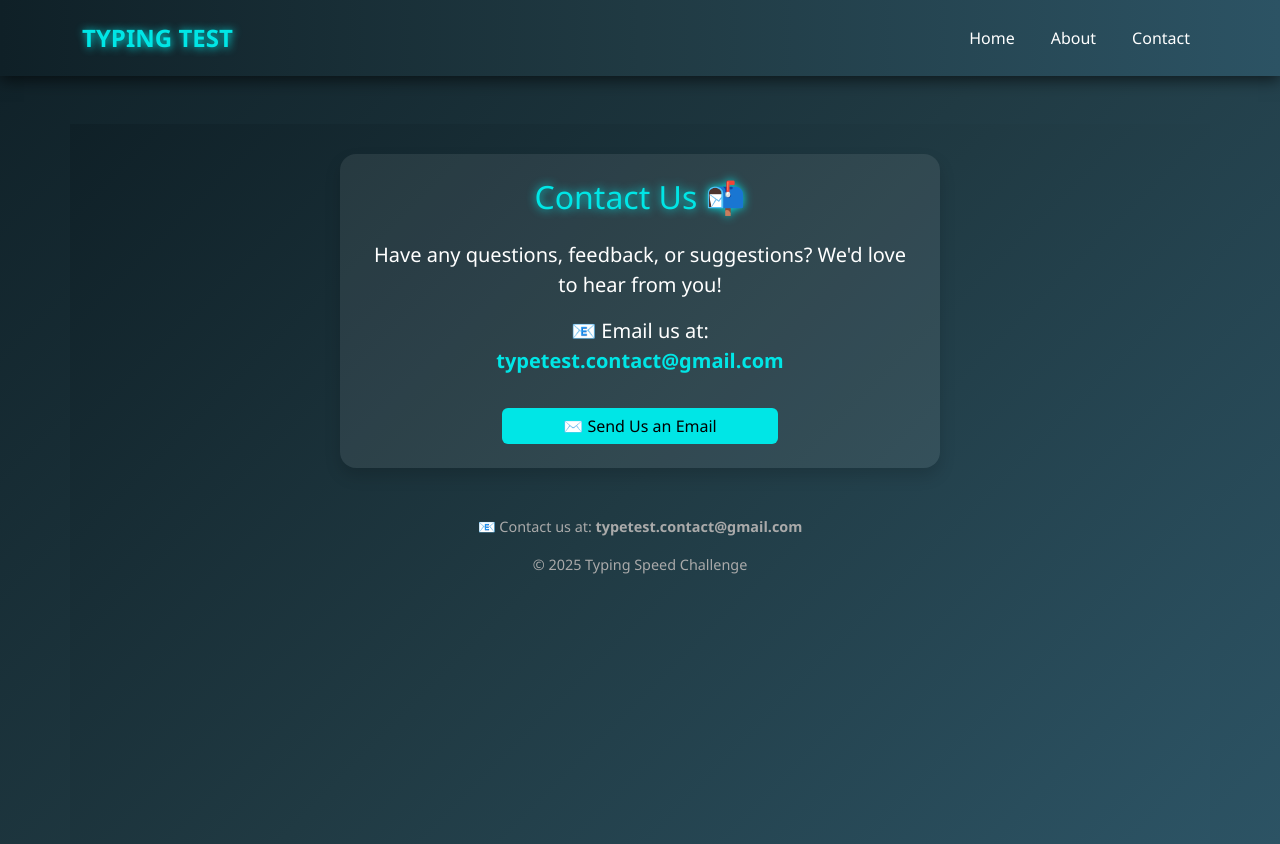
Repository: SHAHZADcodr/typing-test-react
Page: /contact
The author's editor kept a copy of each file at every save. The page is drawn from the files as they stood at one save, then again after the next save.
The browser window is 1280 px wide. The pictures show the whole page.
The project was rebuilt for these pictures with package versions that can differ from the ones it lists, and the page was loaded fresh each time. Also part of the build but not shown: src/customCss/Home.css, src/pages/Home.jsx, src/customCss/About.css, src/pages/About.jsx, src/customCss/Game.css, src/pages/Game.jsx, src/customCss/GameOver.css, src/pages/GameOver.jsx. Imported but missing from the stored project, and not drawn on this page: src/assets/background.mp3, src/assets/pop.mp3.

Above is the page before, as saved 2025-04-09 15:50:39.

### src/index.js
import React from 'react';
import "bootstrap/dist/css/bootstrap.min.css";
import ReactDOM from 'react-dom/client';
import './index.css';
import App from './App';
import { BrowserRouter } from 'react-router-dom';
import reportWebVitals from './reportWebVitals';

const root = ReactDOM.createRoot(document.getElementById('root'));
root.render(
  <React.StrictMode>
    <BrowserRouter>
      <App />
    </BrowserRouter>
  </React.StrictMode>
);

// If you want to start measuring performance in your app, pass a function
// to log results (for example: reportWebVitals(console.log))
// or send to an analytics endpoint. Learn more: https://bit.ly/CRA-vitals
reportWebVitals();

### src/index.css
body {
  margin: 0;
  background: linear-gradient(135deg, #0f2027,
  #203a43, #2c5364);
}

### src/App.js
import {Routes,Route} from "react-router-dom";
import './App.css';
//pages
import Home  from "./pages/Home";
import About from "./pages/About";
import Contact from "./pages/Contact";
import Game from "./pages/Game";
import GameOver from "./pages/GameOver";

//components
import Navigation from "./components/Navbar";

function App() {
  return (
    <>
    <Navigation/>
    <Routes>
      <Route path="/" element={<Home/>}/>
      <Route path="*" element={<Home/>}/>
      <Route path="/about" element={<About/>}/>
      <Route path="/contact" element={<Contact/>}/>
      <Route path="/game" element={<Game/>}/>
      <Route path="/gameOver" element={<GameOver/>}/>

    </Routes>
    </>

  );
}

export default App;

### src/App.css
.custom-navbar {
  background: linear-gradient(to right, #0f2027, #203a43, #2c5364) !important;
  padding: 15px 20px;
  box-shadow: 0 4px 15px rgba(0, 0, 0, 0.6);
  font-family: 'Segoe UI', Tahoma, Geneva, Verdana, sans-serif;
}

.custom-navbar .navbar-brand {
  color: #00e6e6 !important;
  font-weight: bold;
  font-size: 1.5rem;
  text-shadow: 1px 1px 8px #00e6e6;
}

.custom-navbar .nav-link {
  color: #ffffff !important;
  margin-left: 20px;
  transition: color 0.3s ease, transform 0.2s ease;
  font-weight: 500;
}

.custom-navbar .nav-link:hover {
  color: #00e6e6 !important;
  transform: scale(1.05);
  text-shadow: 0 0 5px #00e6e6;
}

.custom-navbar .navbar-toggler {
  background-color: #00e6e6;
}

### src/pages/Contact.jsx
// src/pages/Contact.jsx
import React from 'react';
import { Container, Card, Button } from 'react-bootstrap';
import '../customCss/Contact.css';

const Contact = () => {
  const currentYear = new Date().getFullYear();

  return (
      <Container className="mt-5 contact-container">
        <Card className="contact-card shadow border-0 rounded-4 text-center p-4">
          <h2 className="mb-4 text-glow">Contact Us 📬</h2>
          <p className="lead">
            Have any questions, feedback, or suggestions? We'd love to hear from you!
          </p>
          <p className="fs-5">
            📧 Email us at:<br />
            <strong>
              <a
                href="mailto:typetest.contact@gmail.com"
                className="contact-email-link"
              >
                typetest.contact@gmail.com
              </a>
            </strong>
          </p>

          <Button
            variant="info"
            href="mailto:typetest.contact@gmail.com"
            className="mt-3 w-50 mx-auto"
          >
            ✉️ Send Us an Email
          </Button>
        </Card>

        <footer className="contact-footer mt-5 text-center">
          <p>📧 Contact us at: <strong>typetest.contact@gmail.com</strong></p>
          <p>© {currentYear} Typing Speed Challenge</p>
        </footer>
      </Container>
  );
};

export default Contact;

### src/components/Navbar.jsx
import React from 'react';
import { Navbar, Nav, Container } from 'react-bootstrap';
import { Link } from 'react-router-dom';
import '../App.css'; // Make sure this path is correct

const Navigation = () => {
  return (
    <Navbar expand="lg" className="custom-navbar" variant="dark">
      <Container>
        <Navbar.Brand as={Link} to="/">TYPING TEST</Navbar.Brand>
        <Navbar.Toggle aria-controls="basic-navbar-nav" />
        <Navbar.Collapse id="basic-navbar-nav">
          <Nav className="ms-auto">
            <Nav.Link as={Link} to="/">Home</Nav.Link>
            <Nav.Link as={Link} to="/about">About</Nav.Link>
            <Nav.Link as={Link} to="/contact">Contact</Nav.Link>
          </Nav>
        </Navbar.Collapse>
      </Container>
    </Navbar>
  );
};

export default Navigation;

### src/customCss/Contact.css
.contact-container {
  min-height: 100vh;
  background: linear-gradient(135deg, #0f2027, #203a43, #2c5364);
  color: #ffffff;
  padding: 30px 0;
  font-family: 'Segoe UI', Tahoma, Geneva, Verdana, sans-serif;
}

.contact-card {
  background-color: rgba(255, 255, 255, 0.08);
  color: #ffffff;
  padding: 30px;
  max-width: 600px;
  margin: 0 auto;
}

.text-glow {
  color: #00e6e6;
  text-shadow: 0 0 10px #00e6e6;
}

.contact-email-link {
  color: #00e6e6;
  text-decoration: none;
  word-break: break-all;
  display: inline-block;
}

.contact-email-link:hover {
  color: #00ffff;
  text-decoration: underline;
}

.contact-footer {
  margin-top: 40px;
  color: #aaa;
  font-size: 0.9rem;
}

.btn-info {
  background-color: #00e6e6 !important;
  border: none;
  color: #000 !important;
  font-weight: 500;
  transition: all 0.3s ease;
}

.btn-info:hover {
  background-color: #00ffff !important;
  color: #000 !important;
  box-shadow: 0 0 10px #00e6e6;
}

Loaded but not shown: public/index.html (common file); src/reportWebVitals.js (common file)

After the next save:
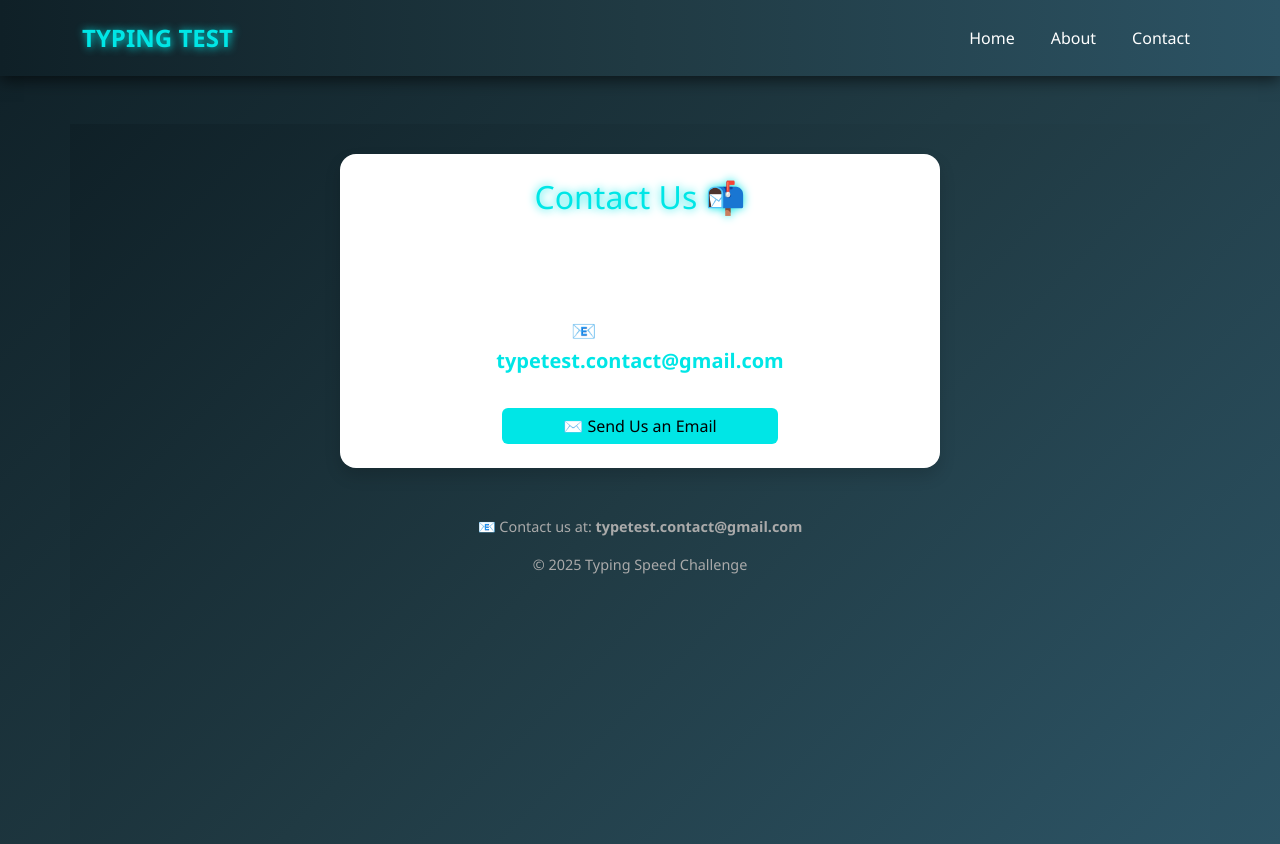
Saved 21 s later.
--- a/src/customCss/Contact.css
+++ b/src/customCss/Contact.css
@@ -7,7 +7,6 @@
 }
 
 .contact-card {
-  background-color: rgba(255, 255, 255, 0.08);
   color: #ffffff;
   padding: 30px;
   max-width: 600px;

After the save that followed:
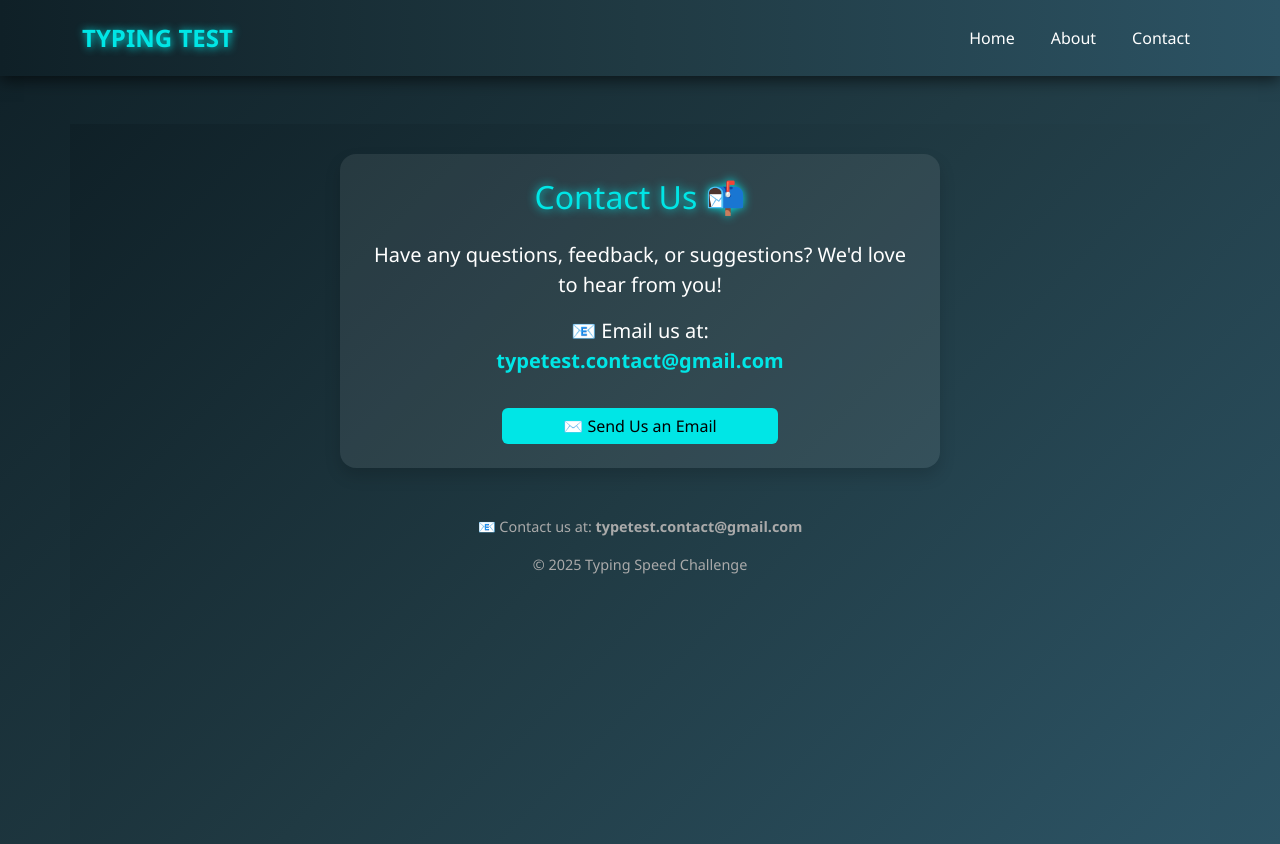
Saved 6 s later.
--- a/src/customCss/Contact.css
+++ b/src/customCss/Contact.css
@@ -7,6 +7,7 @@
 }
 
 .contact-card {
+  background-color: rgba(255, 255, 255, 0.08);
   color: #ffffff;
   padding: 30px;
   max-width: 600px;
